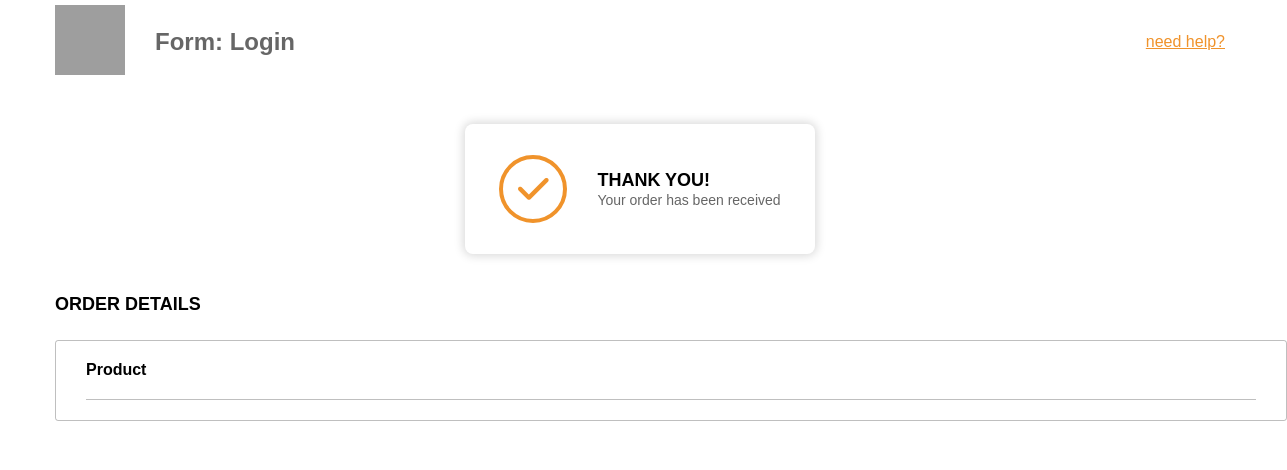
Repository: NguyenDucHung20002/project-homev1
Page: checkout/checkout.html
An editor plug-in stored every save of this project. The page is shown before and after the next save, followed by the edit.
The browser window is 1280 px wide. The page is 1287 px wide, so the pictures cover 1287 px, including what lies to the right of the window. The pictures show the whole page.
Pictures or frames that could not be fetched are drawn as grey boxes. The style sheet was rebuilt from its Sass, Less or Tailwind sources for each picture, by a compiler version that may differ from the author's.

Above is the page before, as saved 2022-09-20 10:13:32.

After the next save:
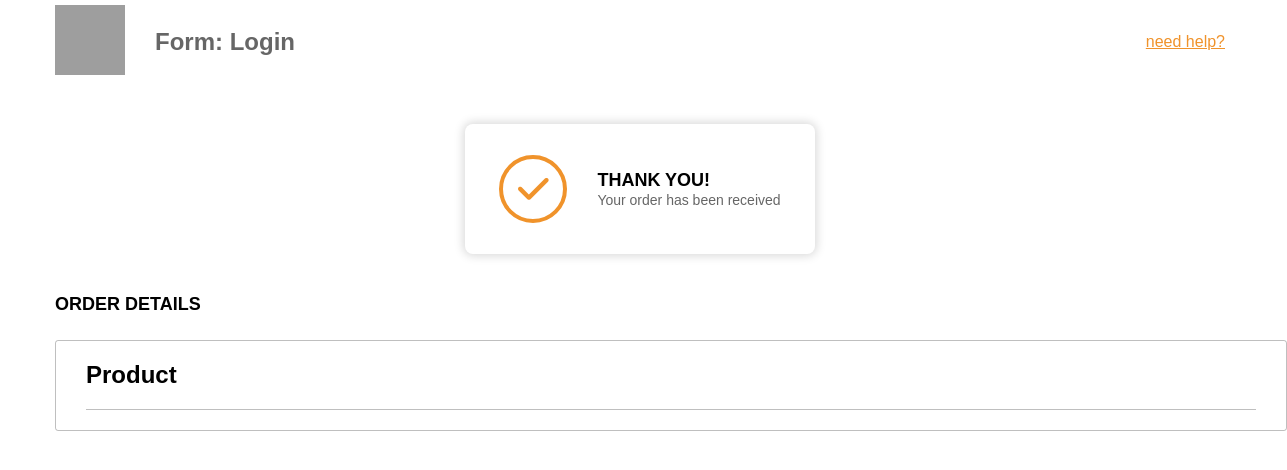
Saved 24 s later.
--- a/checkout/checkout.scss
+++ b/checkout/checkout.scss
@@ -95,6 +95,8 @@ header {
       .title-product {
         display: inline-block;
         width: 100%;
+        font-size: 24px;
+        font-weight: bold;
         padding-bottom: 20px;
         border-bottom: 0.5px solid rgba(0, 0, 0, 0.25);
       }
